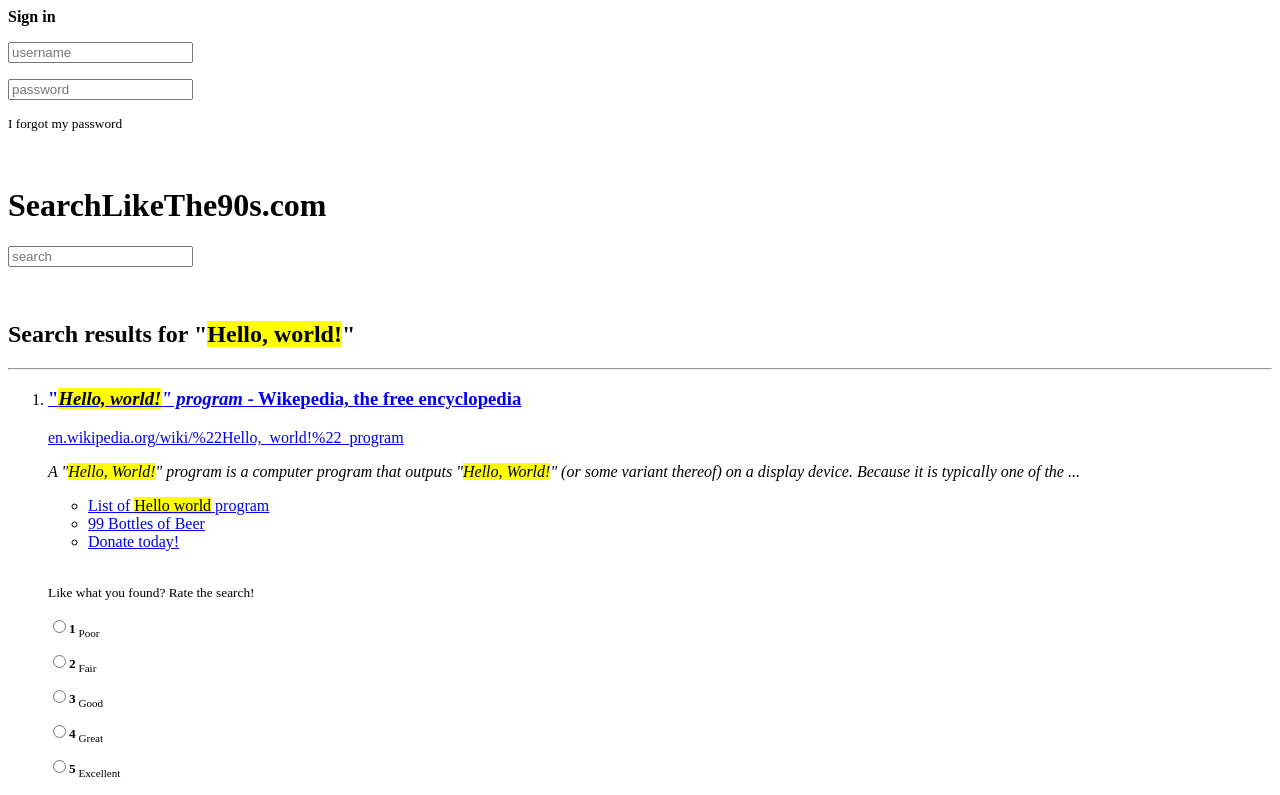
Repository: simonekurtz/simonekurtz.github.io
Page: 1ASGN_HelloWorld/HelloWorld.html
The author's editor kept a record of every edit. The page is drawn from the files as they stood at one moment, then again after the next edit.
The browser window is 1280 px wide. The pictures show the whole page.

Above is the page before.

### 1ASGN_HelloWorld/HelloWorld.html
<html>
    <head>
       <title>Hello, world!</title>
    </head>
    <body>
        <p><strong>Sign in</strong></p>
        <p><input type= "text" placeholder="username"></p>
        <p><input type= "text" placeholder="password"></p>
            <a href="1ASGN_HelloWorld/RelativeLink.html"></a><small>I forgot my password</small></p>

        <br>

        <h1>SearchLikeThe90s.com</h1>
            <p><input type= "text" placeholder="search"></p>

        <br>

        <h2>Search results for "<mark>Hello, world!</mark>"</h2>

        <hr>

        <ol>
          <li>
              <h3><a href="http://en.wikipedia.org/wiki/%22Hello,_world!%22_program">"<em><mark>Hello, world!</mark>" program</em> - Wikepedia, the free encyclopedia</a></h3>
              <a href="http://en.wikipedia.org/wiki/%22Hello,_world!%22_program">en.wikipedia.org/wiki/%22Hello,_world!%22_program</a>
              <p><em>A "<mark>Hello, World!</mark>" program is a computer program that outputs "<mark>Hello, World!</mark>" (or some variant thereof) on a display device. Because it is typically one of the ...</em></p>
              <ul>
                  <li><a href="http://en.wikipedia.org/wiki/List_of_Hello_world_program_examples">List of <mark>Hello world</mark> program</a></li>
                  <li><a href="http://en.wikipedia.org/wiki/99_Bottles_of_Beer">99 Bottles of Beer</a></li>
                  <li><a href="https://donate.wikimedia.org/w/index.php?title=Special:FundraiserLandingPage&country=US&uselang=en&utm_medium=sidebar&utm_source=donate&utm_campaign=C13_wikimediafoundation.org">Donate today!</a></li>
              </ul>

              <br>

              <p><small>Like what you found? Rate the search!</search></p>
              <p><input type= "radio"><strong>1</strong><sub> Poor</sub></p>
              <p><input type= "radio"><strong>2</strong><sub> Fair</sub></p>
              <p><input type= "radio"><strong>3</strong><sub> Good</sub></p>
              <p><input type= "radio"><strong>4</strong><sub> Great</sub></p>
              <p><input type= "radio"><strong>5</strong><sub> Excellent</sub></p>
          </li>







        </ol>
    </body>
</html>

After the next edit:
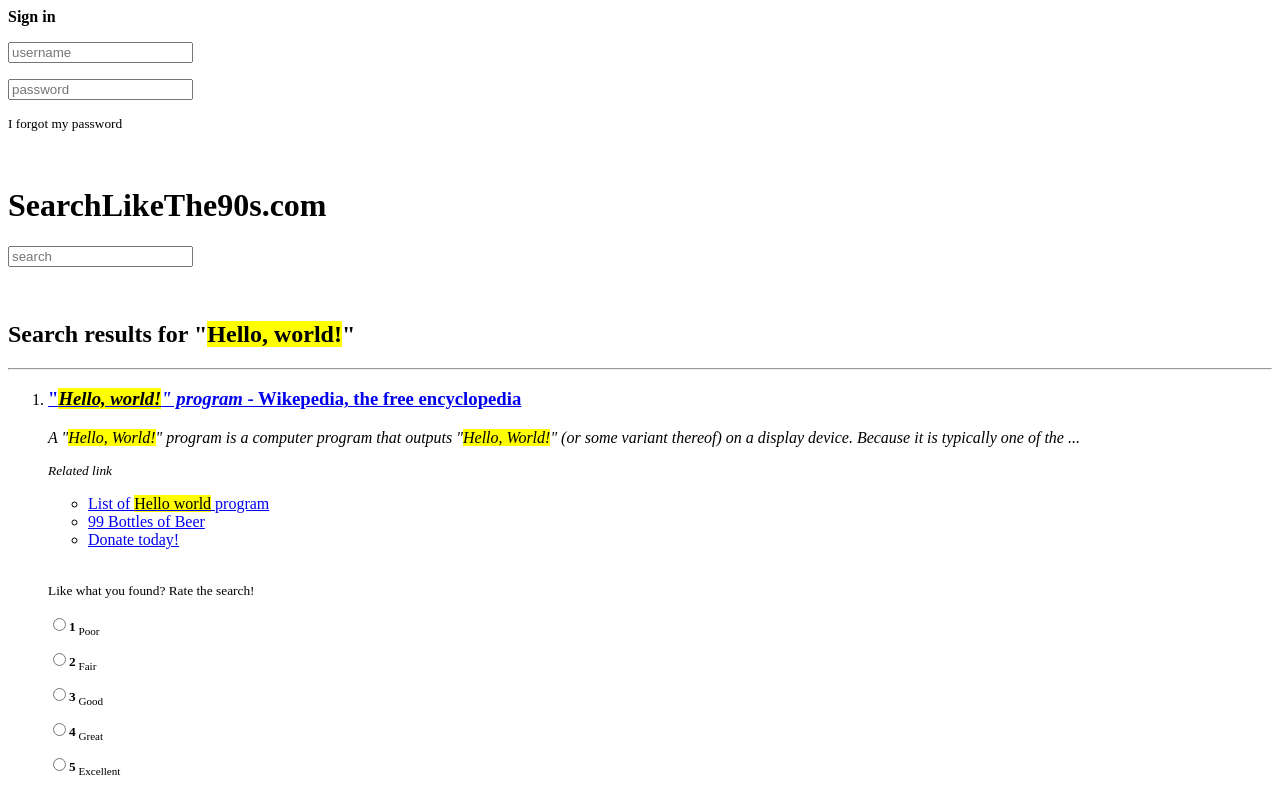
The edit:
--- a/1ASGN_HelloWorld/HelloWorld.html
+++ b/1ASGN_HelloWorld/HelloWorld.html
@@ -22,8 +22,8 @@
         <ol>
           <li>
               <h3><a href="http://en.wikipedia.org/wiki/%22Hello,_world!%22_program">"<em><mark>Hello, world!</mark>" program</em> - Wikepedia, the free encyclopedia</a></h3>
-              <a href="http://en.wikipedia.org/wiki/%22Hello,_world!%22_program">en.wikipedia.org/wiki/%22Hello,_world!%22_program</a>
               <p><em>A "<mark>Hello, World!</mark>" program is a computer program that outputs "<mark>Hello, World!</mark>" (or some variant thereof) on a display device. Because it is typically one of the ...</em></p>
+              <p><em><small>Related link</small></em></p>
               <ul>
                   <li><a href="http://en.wikipedia.org/wiki/List_of_Hello_world_program_examples">List of <mark>Hello world</mark> program</a></li>
                   <li><a href="http://en.wikipedia.org/wiki/99_Bottles_of_Beer">99 Bottles of Beer</a></li>
